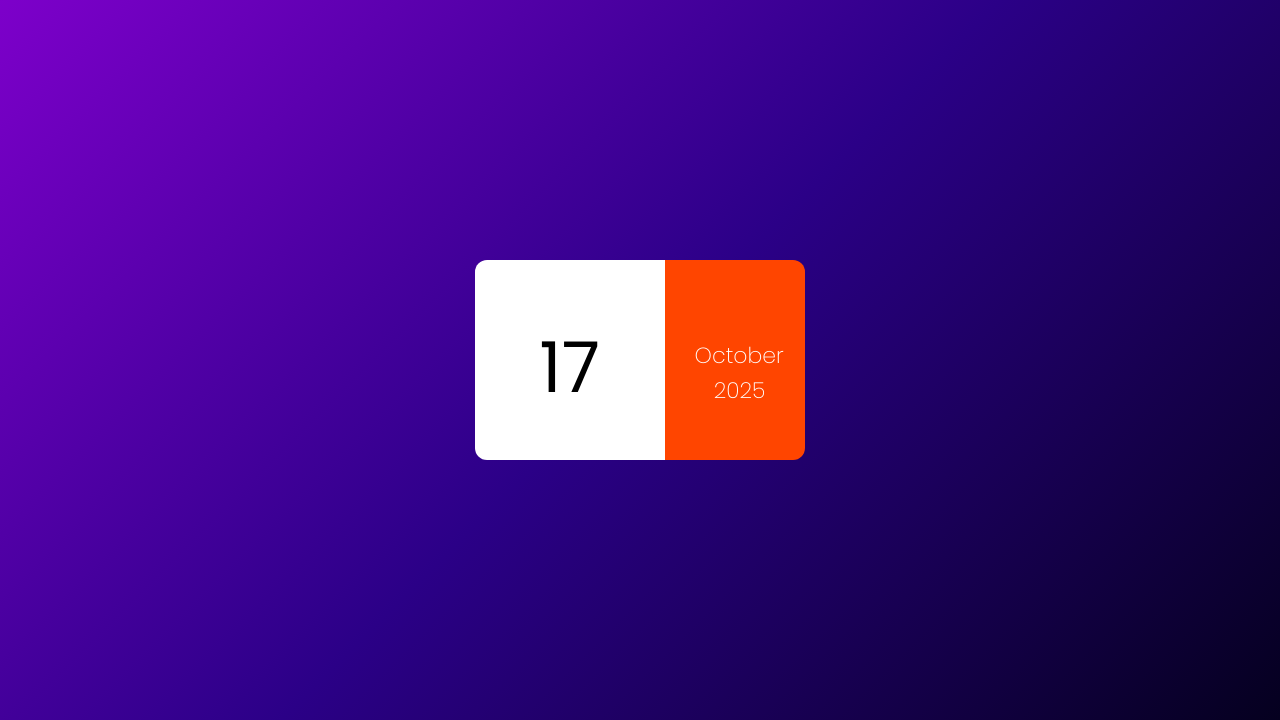
Repository: Ankitkr2021/Calendar
Page: index.html
An editor plug-in stored every save of this project. The page is shown before and after the next save, followed by the edit.
The browser window is 1280 px wide. The pictures show the whole page.

Above is the page before, as saved 2025-10-17 19:50:13.

### index.html
<!DOCTYPE html>
<html lang="en">
<head>
    <meta charset="UTF-8">
    <meta name="viewport" content="width=device-width, initial-scale=1.0">
    <title>Document</title>
    <link rel="stylesheet" href="./style.css">
</head>
<body>
    <div class="box">
        <div class="date">
            <h1>
            <div class="din" id="din"></div>
            <div class="day" id="day"> </div>
            </h1>
        </div>
        <div class="month">
            <div class="mon" id="mon">October</div>
            <div class="year" id="year">2025</div>
        </div>
    </div>
    <script src="./main.js"></script>
</body>
</html>

### style.css
@import url('https://fonts.googleapis.com/css2?family=Poppins:wght@100;200;300;400;500;600;700;800;900&display=swap');

*{
    margin: 0;
    padding: 0;
    box-sizing: border-box;
    font-family: "Poppins",sans-serif;
}

.box {
    display: flex;
    align-items: center;
    justify-content: center;
    height: 100vh;
    background: linear-gradient(135deg, #7d00ca, #2b0087 50%, #05001f 100%);
    color: #fff;
}

.date {
    background: #fff;
    color: #000;
    height: 200px;
    width: 190px;
    display: flex;
    align-items: center;
    justify-content: center;
    border-top-left-radius: 12px;
    border-bottom-left-radius: 12px;
}

.din {
    text-align: center;
    font-size: 70px;
    font-weight: 400;
    margin-bottom: -15px;
}

.day{
    font-size: 24px;
    font-weight: 300;

}

.mon {
    /* display: flex;
    align-items: center;
    justify-content: center; */
    position: relative;
    left: 30px;
    top: 5px;
    font-size: 22px;
    font-weight: 200;
    margin-bottom: 20px;
}

.year {
    /* background: #fff; */
    position: relative;
    right: 40px;
    top: 30px;
     font-size: 22px;
    font-weight: 200;
}

.month{
    background: orangered;
    height: 200px;
    display: flex;
    align-items: center;
    justify-content: center;
    border-top-right-radius: 12px;
    border-bottom-right-radius: 12px;

}

### main.js
const din = document.getElementById("din");
const day = document.getElementById("day");
const mon = document.getElementById("mon");
const year = document.getElementById("year");

const today = new Date();

console.log(today);

din.innerHTML = today.getDate();

After the next save:
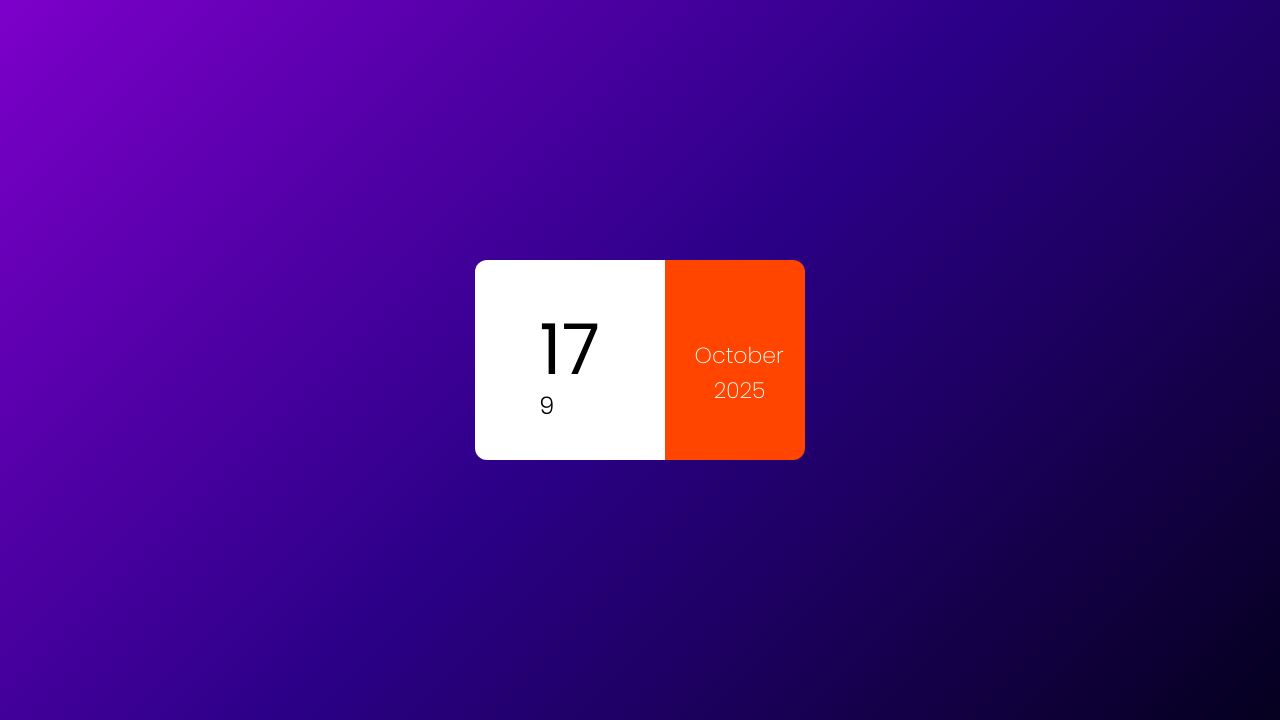
Saved 13 s later.
--- a/main.js
+++ b/main.js
@@ -8,3 +8,4 @@ const today = new Date();
 console.log(today);
 
 din.innerHTML = today.getDate();
+day.innerHTML = today.getMonth();
